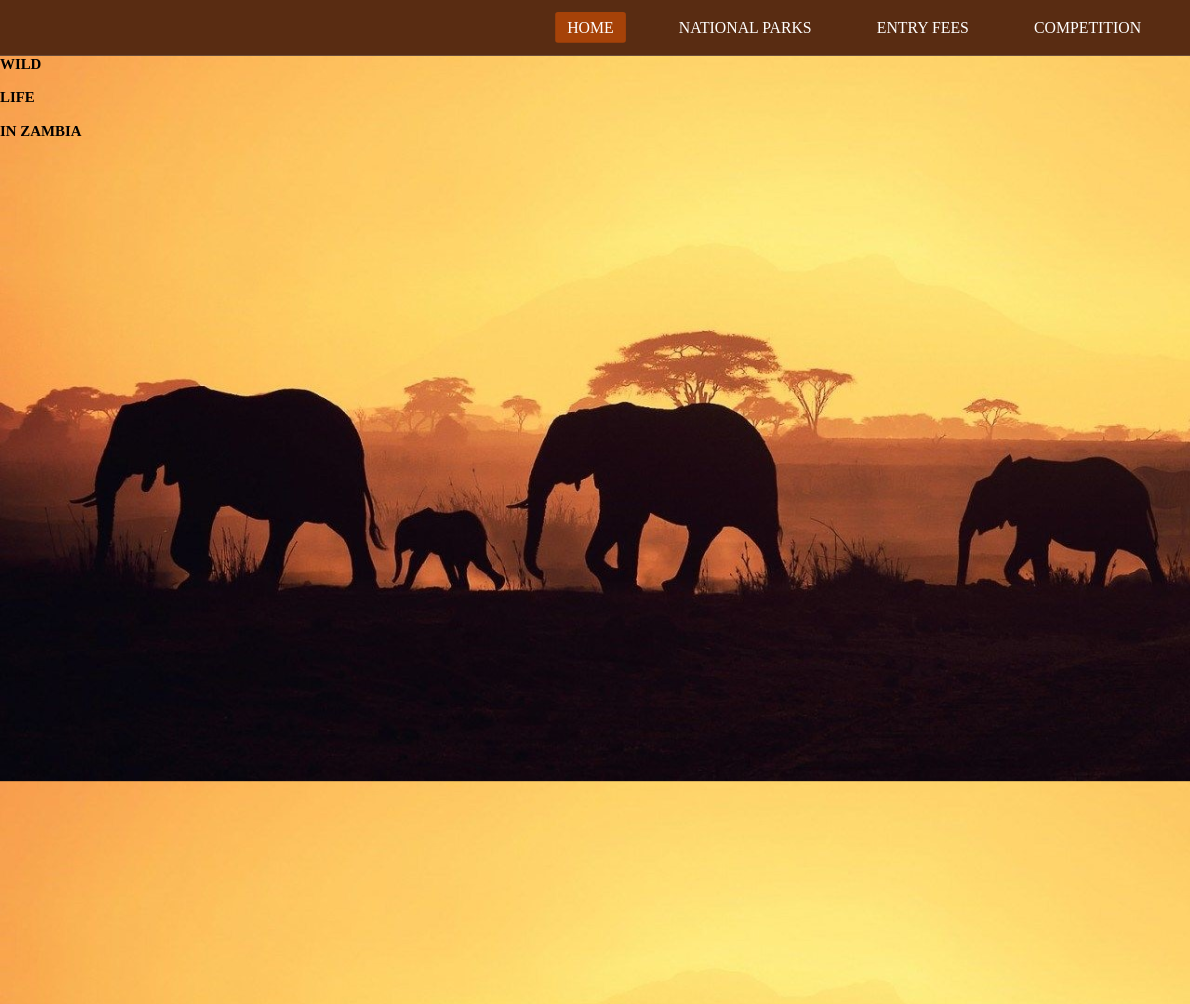
Repository: Lungdjos/web_assignment_3rd_yr
Page: home/index.html
These files come from the project's save history. The page is drawn as it stood at one moment and after a run of saves; the edit follows.
The browser window is 1280 px wide. The pictures show the whole page, at 93% of full size.
Some web libraries are served in a nearby version.

Above is the page before, as saved 2021-06-18 14:57:34.

### home/index.html
<!DOCTYPE html>
<html lang="en">

<head>
    <meta charset="UTF-8">
    <meta http-equiv="X-UA-Compatible" content="IE=edge">
    <meta name="viewport" content="width=device-width, initial-scale=1.0">
    <link rel="stylesheet" href="index.css">


    <title>Home</title>
    <script src="https://kit.fontawesome.com/a076d05399.js"></script>
</head>

<body>
    <nav>
        <input type="checkbox" id="check">
        <label for="check" class="checkbtn">
            <i class="fas fa-bars"></i>
        </label>
        <label class="logo">  </label>

        <ul>
            <li><a class="active" href="#">Home</a></li>
            <li><a class="dropdown" href="#">National Parks</a>
                <ul class="drop">
                    <li>
                        <a href="/national parks/lower_zambezi/Lower_Zambezi.html">Lower Zambezi</a>
                    </li>
                    <li>
                        <a href="/national parks/mosi-oa-tunia/Mosi-oa-Tunya.html">Mosi oa Tunia</a>
                    </li>
                    <li>
                        <a href="/national parks/south_luangwa/South_Luangwa.html">South Luangwa</a>
                    </li>
                    <li>
                        <a href="/national parks/north_luangwa/North_Luangwa.html">North Luangwa</a>
                    </li>
                </ul>
            </li>
            <li><a href="/entry fee/entry_fee.html">Entry Fees</a></li>
            <li><a href="/competition/competition.html">Competition</a></li>

        </ul>
    </nav>
    <section>
        <p class="welcome">
            <strong><p id="01">WILD</p></strong><br>
            <strong><p id="02">LIFE</p></strong><br>
            <strong><p id="03">IN ZAMBIA</p></strong>
        </p>
    </section>




</body>

</html>

### home/index.css
    * {
        padding: 0;
        margin: 0;
        text-decoration: none;
        box-sizing: border-box;
    }

    body {
        font-family: montserrat;
    }

    nav {
        background: #592C12;
        height: 60px;
        width: 100%;
    }

    label.logo {
        color: white;
        font-size: 35;
        line-height: 60px;
        padding: 0 100px;
        font-weight: bold;
    }

    nav ul {
        float: right;
        margin-right: 20px;
    }

    nav ul li {
        display: inline-block;
        line-height: 60px;
        margin: 0 20px;
    }

    nav ul li a {
        color: white;
        font-size: 17px;
        padding: 7px 13px;
        border-radius: 3px;
        text-transform: uppercase;
    }

    a.active,
    a:hover {
        background: #A64208;
        transition: 0.5s;
    }

    .checkbtn {
        font-size: 30px;
        color: white;
        float: right;
        line-height: 60px;
        margin-right: 40px;
        cursor: pointer;
        display: none;
    }

    #check {
        display: none;
    }

    @media (max-width: 1080px) {
        label.logo {
            font-size: 30px;
            padding-left: 50px;
        }
        nav ul li a {
            font-size: 16px;
        }
    }

    @media (max-width: 1080px) {
        .checkbtn {
            display: block;
        }
        ul {
            position: fixed;
            width: 100%;
            height: 100vh;
            background: #592C12;
            top: 80px;
            left: -100%;
            text-align: center;
            transition: all 0.5s;
        }
        nav ul li {
            display: block;
            margin: 50px 0;
            line-height: 20px;
        }
        nav ul li a {
            font-size: 20px;
            font-family: Arial, Helvetica, sans-serif;
        }
        a:hover,
        a.active {
            background: none;
            color: #F2D1B3;
        }
        #check:checked~ul {
            left: 0;
        }
    }

    section {
        background: url(/assets/images/elephants.jpg);
        background-size: no repeat;
        height: calc(150vh - 60px);
    }
    /**New Content Added*/

    nav ul li ul a {
        display: block;
        padding: 0 15px;
        color: white;
        text-decoration: none;
    }

    nav ul li:hover>ul {
        display: block;
    }

    nav ul ul {
        position: absolute;
        top: 30px;
        list-style-type: none;
        line-height: 60px;
    }

    nav ul ul li {
        display: none;
    }

    nav ul ul a {
        width: 100%;
        float: none;
        display: list-item;
        position: relative;
    }

    nav ul ul li a {
        display: list-item;
        list-style-type: none;
        position: inherit;
    }
    /**Wild Life Formatting*/

    strong#01 {
        font-size: 100px;
        font-family: Arial, Helvetica, sans-serif;
    }

After the next 2 saves:
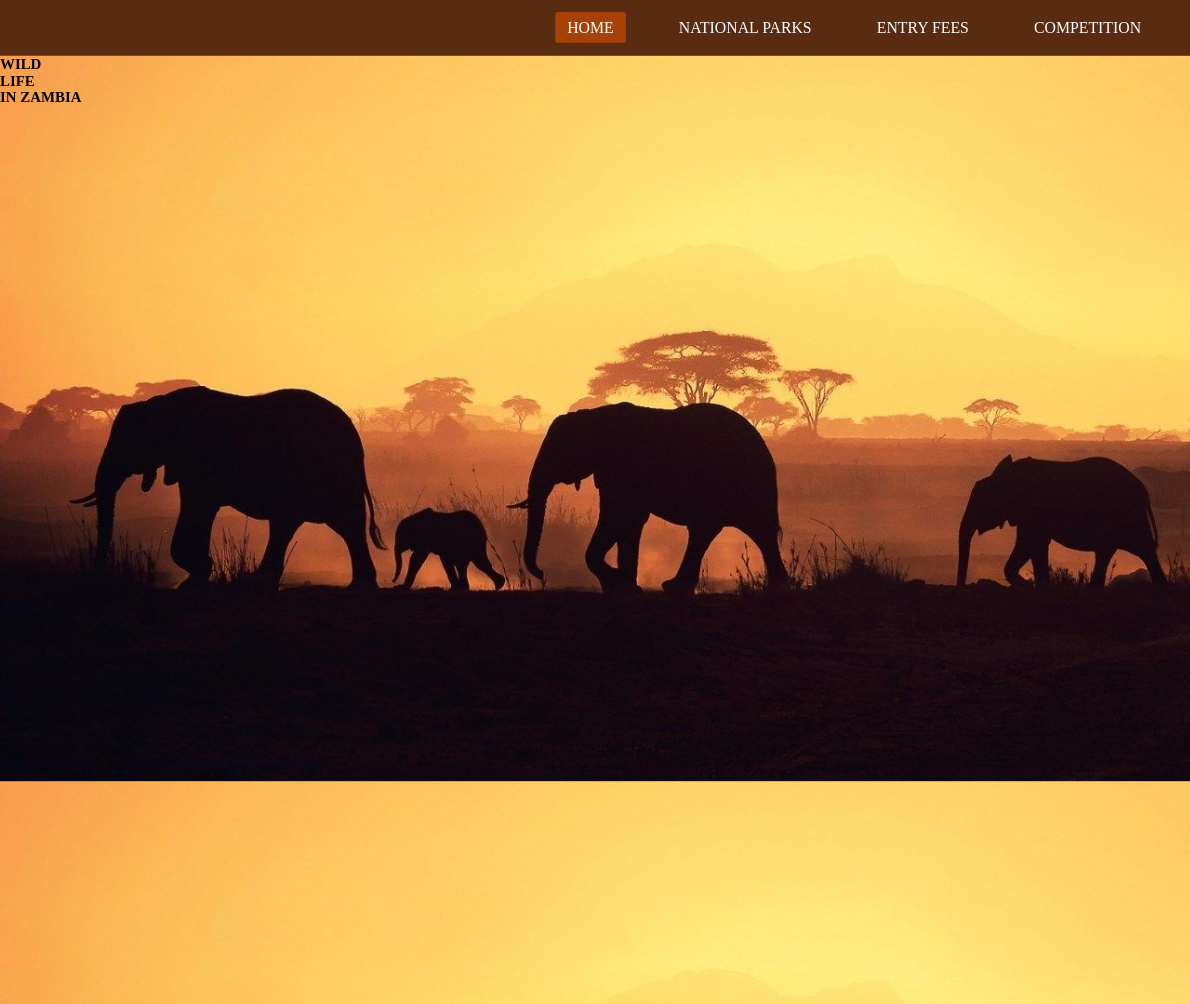
The 2 saves are shown as one change because they came seconds apart.
The last was saved 18 s later.
--- a/home/index.html
+++ b/home/index.html
@@ -45,9 +45,9 @@
     </nav>
     <section>
         <p class="welcome">
-            <strong><p id="01">WILD</p></strong><br>
-            <strong><p id="02">LIFE</p></strong><br>
-            <strong><p id="03">IN ZAMBIA</p></strong>
+            <strong id="01">WILD</strong><br>
+            <strong id="02">LIFE</strong><br>
+            <strong id="03">IN ZAMBIA</strong>
         </p>
     </section>
 
